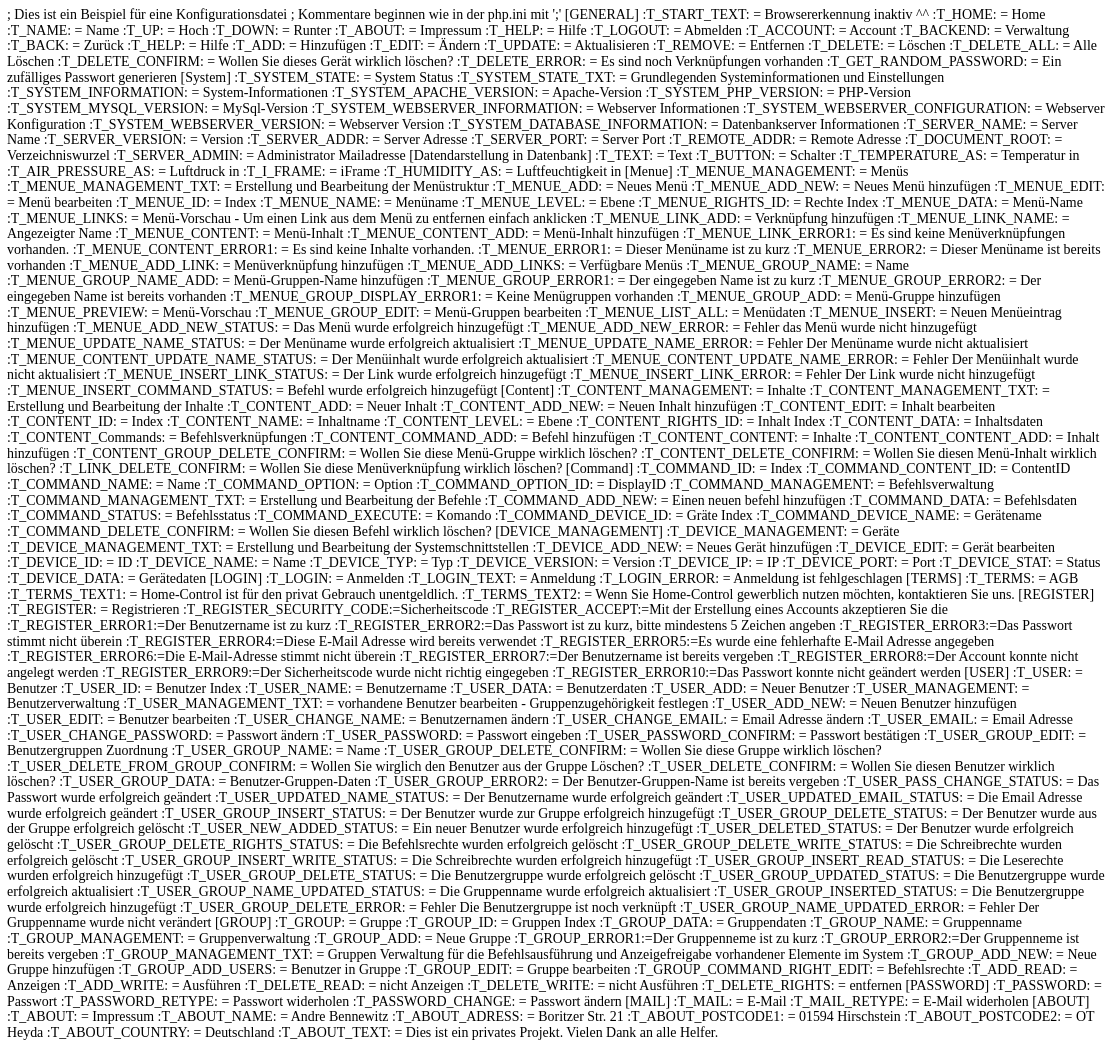
Repository: 0xF3ERROR/Home-Control
Page: http://localhost/language/lang_Ger.php
An editor plug-in stored every save of this project. The page is shown before and after the next save, followed by the edit.
The browser window is 1280 px wide. The pictures show the whole page, at 87% of full size.
The page is run by PHP 8.4 with error messages shown; the project is at /var/www/html/.

Above is the page before, as saved 2012-09-17 20:45:10.

### Source/language/lang_Ger.php
; Dies ist ein Beispiel für eine Konfigurationsdatei
; Kommentare beginnen wie in der php.ini mit ';'


[GENERAL]
:T_START_TEXT: = Browsererkennung inaktiv ^^
:T_HOME: = Home
:T_NAME: = Name
:T_UP: = Hoch
:T_DOWN: = Runter
:T_ABOUT: = Impressum
:T_HELP: = Hilfe
:T_LOGOUT: = Abmelden
:T_ACCOUNT: = Account
:T_BACKEND: = Verwaltung
:T_BACK: = Zurück
:T_HELP: = Hilfe
:T_ADD: = Hinzufügen
:T_EDIT: = Ändern
:T_UPDATE: = Aktualisieren
:T_REMOVE: = Entfernen
:T_DELETE: = Löschen
:T_DELETE_ALL: = Alle Löschen
:T_DELETE_CONFIRM: = Wollen Sie dieses Gerät wirklich löschen?
:T_DELETE_ERROR: = Es sind noch Verknüpfungen vorhanden
:T_GET_RANDOM_PASSWORD: = Ein zufälliges Passwort generieren


[System]
:T_SYSTEM_STATE: = System Status
:T_SYSTEM_STATE_TXT: = Grundlegenden Systeminformationen und Einstellungen
:T_SYSTEM_INFORMATION: = System-Informationen
:T_SYSTEM_APACHE_VERSION: = Apache-Version
:T_SYSTEM_PHP_VERSION: = PHP-Version
:T_SYSTEM_MYSQL_VERSION: = MySql-Version
:T_SYSTEM_WEBSERVER_INFORMATION: = Webserver Informationen
:T_SYSTEM_WEBSERVER_CONFIGURATION: = Webserver Konfiguration
:T_SYSTEM_WEBSERVER_VERSION: = Webserver Version
:T_SYSTEM_DATABASE_INFORMATION: = Datenbankserver Informationen
:T_SERVER_NAME: = Server Name
:T_SERVER_VERSION: = Version
:T_SERVER_ADDR: = Server Adresse
:T_SERVER_PORT: = Server Port
:T_REMOTE_ADDR: = Remote Adresse
:T_DOCUMENT_ROOT: = Verzeichniswurzel
:T_SERVER_ADMIN: = Administrator Mailadresse





[Datendarstellung in Datenbank]
:T_TEXT: = Text
:T_BUTTON: = Schalter
:T_TEMPERATURE_AS: = Temperatur in
:T_AIR_PRESSURE_AS: = Luftdruck in
:T_I_FRAME: = iFrame
:T_HUMIDITY_AS: = Luftfeuchtigkeit in



[Menue]
:T_MENUE_MANAGEMENT: = Menüs
:T_MENUE_MANAGEMENT_TXT: = Erstellung und Bearbeitung der Menüstruktur
:T_MENUE_ADD: = Neues Menü
:T_MENUE_ADD_NEW: = Neues Menü hinzufügen
:T_MENUE_EDIT: = Menü bearbeiten
:T_MENUE_ID: = Index
:T_MENUE_NAME: = Menüname
:T_MENUE_LEVEL: = Ebene
:T_MENUE_RIGHTS_ID: = Rechte Index
:T_MENUE_DATA: = Menü-Name
:T_MENUE_LINKS: = Menü-Vorschau - Um einen Link aus dem Menü zu entfernen einfach anklicken
:T_MENUE_LINK_ADD: = Verknüpfung hinzufügen
:T_MENUE_LINK_NAME: = Angezeigter Name
:T_MENUE_CONTENT: = Menü-Inhalt
:T_MENUE_CONTENT_ADD: = Menü-Inhalt hinzufügen
:T_MENUE_LINK_ERROR1: = Es sind keine Menüverknüpfungen vorhanden.
:T_MENUE_CONTENT_ERROR1: = Es sind keine Inhalte vorhanden.
:T_MENUE_ERROR1: = Dieser Menüname ist zu kurz
:T_MENUE_ERROR2: = Dieser Menüname ist bereits vorhanden
:T_MENUE_ADD_LINK: = Menüverknüpfung hinzufügen
:T_MENUE_ADD_LINKS: = Verfügbare Menüs
:T_MENUE_GROUP_NAME: = Name
:T_MENUE_GROUP_NAME_ADD: = Menü-Gruppen-Name hinzufügen
:T_MENUE_GROUP_ERROR1: = Der eingegeben Name ist zu kurz
:T_MENUE_GROUP_ERROR2: = Der eingegeben Name ist bereits vorhanden
:T_MENUE_GROUP_DISPLAY_ERROR1: = Keine Menügruppen vorhanden
:T_MENUE_GROUP_ADD: = Menü-Gruppe hinzufügen
:T_MENUE_PREVIEW: = Menü-Vorschau
:T_MENUE_GROUP_EDIT: = Menü-Gruppen bearbeiten
:T_MENUE_LIST_ALL: = Menüdaten
:T_MENUE_INSERT: = Neuen Menüeintrag hinzufügen
:T_MENUE_ADD_NEW_STATUS: = Das Menü wurde erfolgreich hinzugefügt
:T_MENUE_ADD_NEW_ERROR: = Fehler das Menü wurde nicht hinzugefügt
:T_MENUE_UPDATE_NAME_STATUS: = Der Menüname wurde erfolgreich aktualisiert
:T_MENUE_UPDATE_NAME_ERROR: = Fehler Der Menüname wurde nicht aktualisiert
:T_MENUE_CONTENT_UPDATE_NAME_STATUS: = Der Menüinhalt wurde erfolgreich aktualisiert
:T_MENUE_CONTENT_UPDATE_NAME_ERROR: = Fehler Der Menüinhalt wurde nicht aktualisiert
:T_MENUE_INSERT_LINK_STATUS: = Der Link wurde erfolgreich hinzugefügt
:T_MENUE_INSERT_LINK_ERROR: = Fehler Der Link wurde nicht hinzugefügt
:T_MENUE_INSERT_COMMAND_STATUS: = Befehl wurde erfolgreich hinzugefügt







[Content]
:T_CONTENT_MANAGEMENT: = Inhalte
:T_CONTENT_MANAGEMENT_TXT: = Erstellung und Bearbeitung der Inhalte
:T_CONTENT_ADD: = Neuer Inhalt
:T_CONTENT_ADD_NEW: = Neuen Inhalt hinzufügen
:T_CONTENT_EDIT: = Inhalt bearbeiten
:T_CONTENT_ID: = Index
:T_CONTENT_NAME: = Inhaltname
:T_CONTENT_LEVEL: = Ebene
:T_CONTENT_RIGHTS_ID: = Inhalt Index
:T_CONTENT_DATA: = Inhaltsdaten
:T_CONTENT_Commands: = Befehlsverknüpfungen
:T_CONTENT_COMMAND_ADD: = Befehl hinzufügen
:T_CONTENT_CONTENT: = Inhalte
:T_CONTENT_CONTENT_ADD: = Inhalt hinzufügen
:T_CONTENT_GROUP_DELETE_CONFIRM: = Wollen Sie diese Menü-Gruppe wirklich löschen?
:T_CONTENT_DELETE_CONFIRM: = Wollen Sie diesen Menü-Inhalt wirklich löschen?
:T_LINK_DELETE_CONFIRM: = Wollen Sie diese Menüverknüpfung wirklich löschen?



[Command]
:T_COMMAND_ID: = Index
:T_COMMAND_CONTENT_ID: = ContentID
:T_COMMAND_NAME: = Name
:T_COMMAND_OPTION: = Option
:T_COMMAND_OPTION_ID: = DisplayID
:T_COMMAND_MANAGEMENT: = Befehlsverwaltung
:T_COMMAND_MANAGEMENT_TXT: = Erstellung und Bearbeitung der Befehle
:T_COMMAND_ADD_NEW: = Einen neuen befehl hinzufügen
:T_COMMAND_DATA: = Befehlsdaten
:T_COMMAND_STATUS: = Befehlsstatus
:T_COMMAND_EXECUTE: = Komando
:T_COMMAND_DEVICE_ID: = Gräte Index
:T_COMMAND_DEVICE_NAME: = Gerätename
:T_COMMAND_DELETE_CONFIRM: = Wollen Sie diesen Befehl wirklich löschen?


[DEVICE_MANAGEMENT]
:T_DEVICE_MANAGEMENT: = Geräte
:T_DEVICE_MANAGEMENT_TXT: = Erstellung und Bearbeitung der Systemschnittstellen
:T_DEVICE_ADD_NEW: = Neues Gerät hinzufügen
:T_DEVICE_EDIT: = Gerät bearbeiten
:T_DEVICE_ID: = ID
:T_DEVICE_NAME: = Name
:T_DEVICE_TYP: = Typ
:T_DEVICE_VERSION: = Version
:T_DEVICE_IP: = IP
:T_DEVICE_PORT: = Port
:T_DEVICE_STAT: = Status
:T_DEVICE_DATA: = Gerätedaten


[LOGIN]
:T_LOGIN: = Anmelden
:T_LOGIN_TEXT: = Anmeldung
:T_LOGIN_ERROR: = Anmeldung ist fehlgeschlagen


[TERMS]
:T_TERMS: = AGB
:T_TERMS_TEXT1: = Home-Control ist für den privat Gebrauch unentgeldlich.
:T_TERMS_TEXT2: = Wenn Sie Home-Control gewerblich nutzen möchten, kontaktieren Sie uns.


[REGISTER]
:T_REGISTER: = Registrieren
:T_REGISTER_SECURITY_CODE:=Sicherheitscode
:T_REGISTER_ACCEPT:=Mit der Erstellung eines Accounts akzeptieren Sie die
:T_REGISTER_ERROR1:=Der Benutzername ist zu kurz
:T_REGISTER_ERROR2:=Das Passwort ist zu kurz, bitte mindestens 5 Zeichen angeben
:T_REGISTER_ERROR3:=Das Passwort stimmt nicht überein
:T_REGISTER_ERROR4:=Diese E-Mail Adresse wird bereits verwendet
:T_REGISTER_ERROR5:=Es wurde eine fehlerhafte E-Mail Adresse angegeben
:T_REGISTER_ERROR6:=Die E-Mail-Adresse stimmt nicht überein
:T_REGISTER_ERROR7:=Der Benutzername ist bereits vergeben
:T_REGISTER_ERROR8:=Der Account konnte nicht angelegt werden
:T_REGISTER_ERROR9:=Der Sicherheitscode wurde nicht richtig eingegeben
:T_REGISTER_ERROR10:=Das Passwort konnte nicht geändert werden


[USER]
:T_USER: = Benutzer
:T_USER_ID: = Benutzer Index
:T_USER_NAME: = Benutzername
:T_USER_DATA: = Benutzerdaten
:T_USER_ADD: = Neuer Benutzer
:T_USER_MANAGEMENT: = Benutzerverwaltung
:T_USER_MANAGEMENT_TXT: = vorhandene Benutzer bearbeiten - Gruppenzugehörigkeit festlegen
:T_USER_ADD_NEW: = Neuen Benutzer hinzufügen
:T_USER_EDIT: = Benutzer bearbeiten
:T_USER_CHANGE_NAME: = Benutzernamen ändern
:T_USER_CHANGE_EMAIL: = Email Adresse ändern
:T_USER_EMAIL: = Email Adresse
:T_USER_CHANGE_PASSWORD: = Passwort ändern
:T_USER_PASSWORD: = Passwort eingeben
:T_USER_PASSWORD_CONFIRM: = Passwort bestätigen
:T_USER_GROUP_EDIT: = Benutzergruppen Zuordnung
:T_USER_GROUP_NAME: = Name
:T_USER_GROUP_DELETE_CONFIRM: = Wollen Sie diese Gruppe wirklich löschen?
:T_USER_DELETE_FROM_GROUP_CONFIRM: = Wollen Sie wirglich den Benutzer aus der Gruppe Löschen?
:T_USER_DELETE_CONFIRM: = Wollen Sie diesen Benutzer wirklich löschen?
:T_USER_GROUP_DATA: = Benutzer-Gruppen-Daten
:T_USER_GROUP_ERROR2: = Der Benutzer-Gruppen-Name ist bereits vergeben


:T_USER_PASS_CHANGE_STATUS: = Das Passwort wurde erfolgreich geändert
:T_USER_UPDATED_NAME_STATUS: = Der Benutzername wurde erfolgreich geändert
:T_USER_UPDATED_EMAIL_STATUS: = Die Email Adresse wurde erfolgreich geändert

:T_USER_GROUP_INSERT_STATUS: = Der Benutzer wurde zur Gruppe erfolgreich hinzugefügt
:T_USER_GROUP_DELETE_STATUS: = Der Benutzer wurde aus der Gruppe erfolgreich gelöscht
:T_USER_NEW_ADDED_STATUS: = Ein neuer Benutzer wurde erfolgreich hinzugefügt
:T_USER_DELETED_STATUS: = Der Benutzer wurde erfolgreich gelöscht

:T_USER_GROUP_DELETE_RIGHTS_STATUS: = Die Befehlsrechte wurden erfolgreich gelöscht
:T_USER_GROUP_DELETE_WRITE_STATUS: = Die Schreibrechte wurden erfolgreich gelöscht
:T_USER_GROUP_INSERT_WRITE_STATUS: = Die Schreibrechte wurden erfolgreich hinzugefügt
:T_USER_GROUP_INSERT_READ_STATUS: = Die Leserechte wurden erfolgreich hinzugefügt
:T_USER_GROUP_DELETE_STATUS: = Die Benutzergruppe wurde erfolgreich gelöscht
:T_USER_GROUP_UPDATED_STATUS: = Die Benutzergruppe wurde erfolgreich aktualisiert
:T_USER_GROUP_NAME_UPDATED_STATUS: = Die Gruppenname wurde erfolgreich aktualisiert
:T_USER_GROUP_INSERTED_STATUS: = Die Benutzergruppe wurde erfolgreich hinzugefügt
:T_USER_GROUP_DELETE_ERROR: = Fehler Die Benutzergruppe ist noch verknüpft
:T_USER_GROUP_NAME_UPDATED_ERROR: = Fehler Der Gruppenname wurde nicht verändert




[GROUP]
:T_GROUP: = Gruppe
:T_GROUP_ID: = Gruppen Index
:T_GROUP_DATA: = Gruppendaten
:T_GROUP_NAME: = Gruppenname
:T_GROUP_MANAGEMENT: = Gruppenverwaltung
:T_GROUP_ADD: = Neue Gruppe
:T_GROUP_ERROR1:=Der Gruppenneme ist zu kurz
:T_GROUP_ERROR2:=Der Gruppenneme ist bereits vergeben
:T_GROUP_MANAGEMENT_TXT: = Gruppen Verwaltung für die Befehlsausführung und Anzeigefreigabe vorhandener Elemente im System
:T_GROUP_ADD_NEW: = Neue Gruppe hinzufügen
:T_GROUP_ADD_USERS: = Benutzer in Gruppe
:T_GROUP_EDIT: = Gruppe bearbeiten
:T_GROUP_COMMAND_RIGHT_EDIT: = Befehlsrechte
:T_ADD_READ: = Anzeigen
:T_ADD_WRITE: = Ausführen
:T_DELETE_READ: = nicht Anzeigen
:T_DELETE_WRITE: = nicht Ausführen
:T_DELETE_RIGHTS: = entfernen

[PASSWORD]
:T_PASSWORD: = Passwort
:T_PASSWORD_RETYPE: = Passwort widerholen
:T_PASSWORD_CHANGE: = Passwort ändern


[MAIL]
:T_MAIL: = E-Mail
:T_MAIL_RETYPE: = E-Mail widerholen


[ABOUT]
:T_ABOUT: = Impressum
:T_ABOUT_NAME: = Andre Bennewitz
:T_ABOUT_ADRESS: = Boritzer Str. 21
:T_ABOUT_POSTCODE1: = 01594 Hirschstein
:T_ABOUT_POSTCODE2: = OT Heyda
:T_ABOUT_COUNTRY: = Deutschland
:T_ABOUT_TEXT: = Dies ist ein privates Projekt. Vielen Dank an alle Helfer.

After the next save:
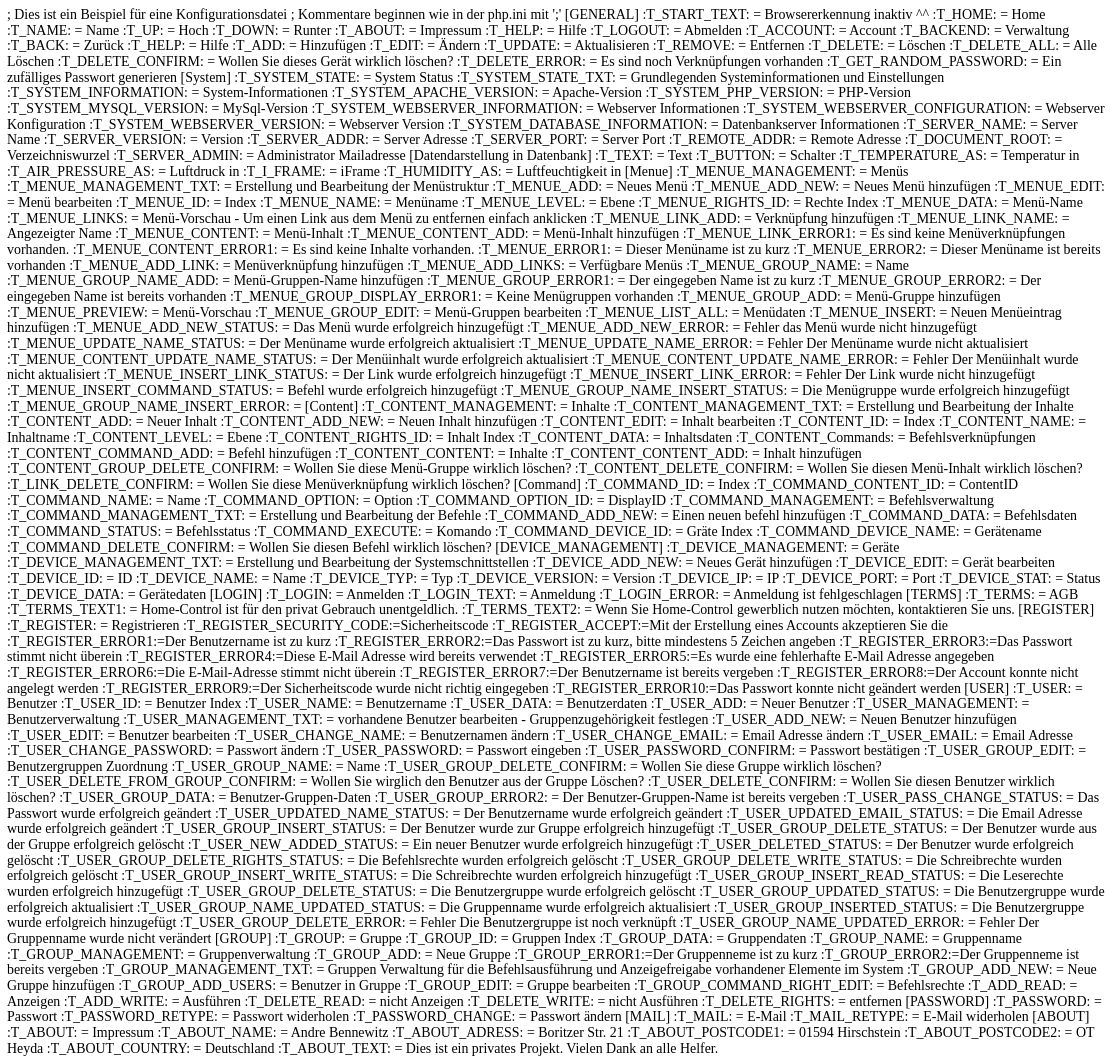
Saved 92 s later.
--- a/Source/language/lang_Ger.php
+++ b/Source/language/lang_Ger.php
@@ -100,7 +100,8 @@
 :T_MENUE_INSERT_LINK_STATUS: = Der Link wurde erfolgreich hinzugefügt
 :T_MENUE_INSERT_LINK_ERROR: = Fehler Der Link wurde nicht hinzugefügt
 :T_MENUE_INSERT_COMMAND_STATUS: = Befehl wurde erfolgreich hinzugefügt
-
+:T_MENUE_GROUP_NAME_INSERT_STATUS: = Die Menügruppe wurde erfolgreich hinzugefügt
+:T_MENUE_GROUP_NAME_INSERT_ERROR: =
 
 
 
